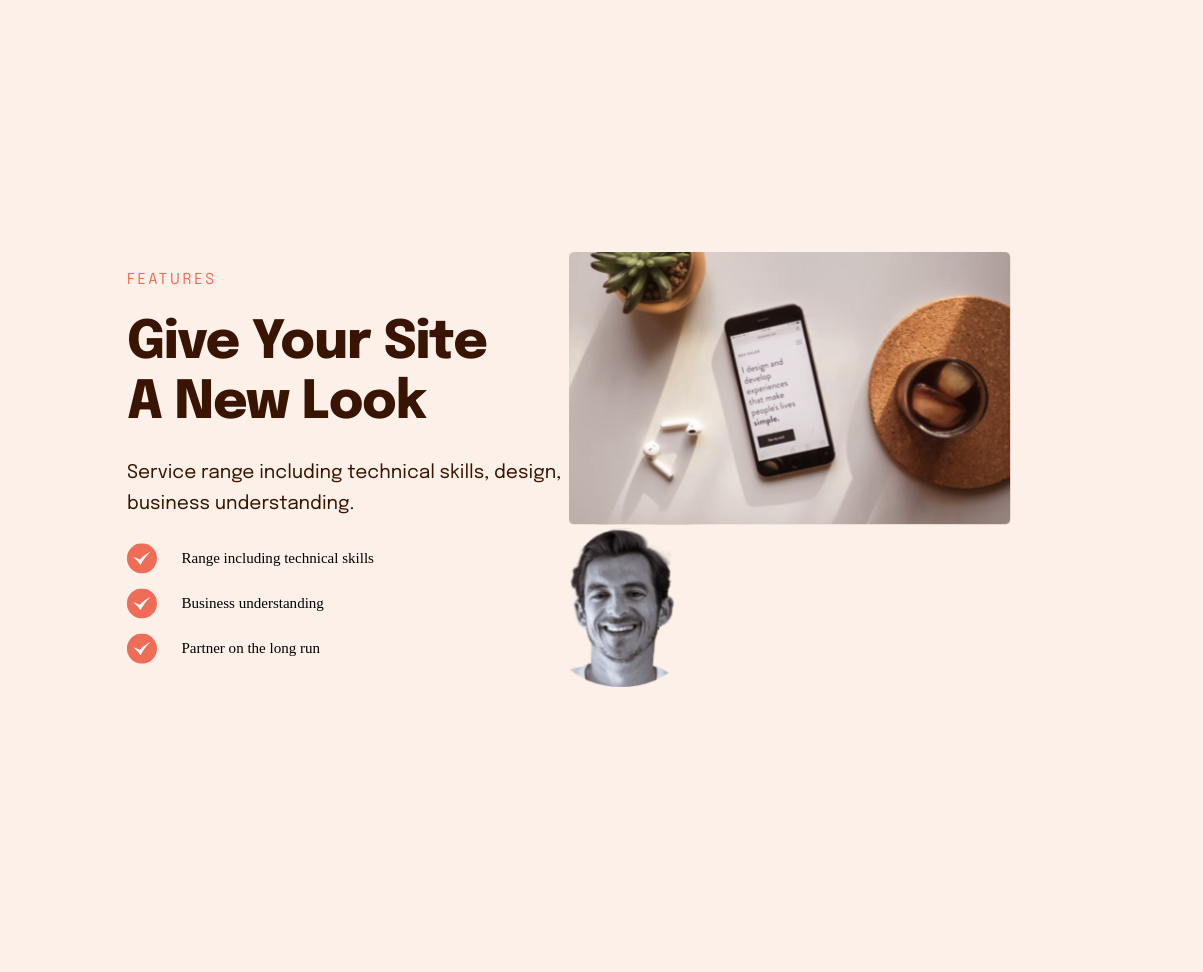
Repository: kubrazamanova/Project-6
Page: index.html
The author's editor kept a copy of each file at every save. The page is drawn from the files as they stood at one save, then again after the next save.
The browser window is 1280 px wide. The pictures show the whole page, at 94% of full size.

Above is the page before, as saved 2023-09-23 10:19:18.

After the next save:
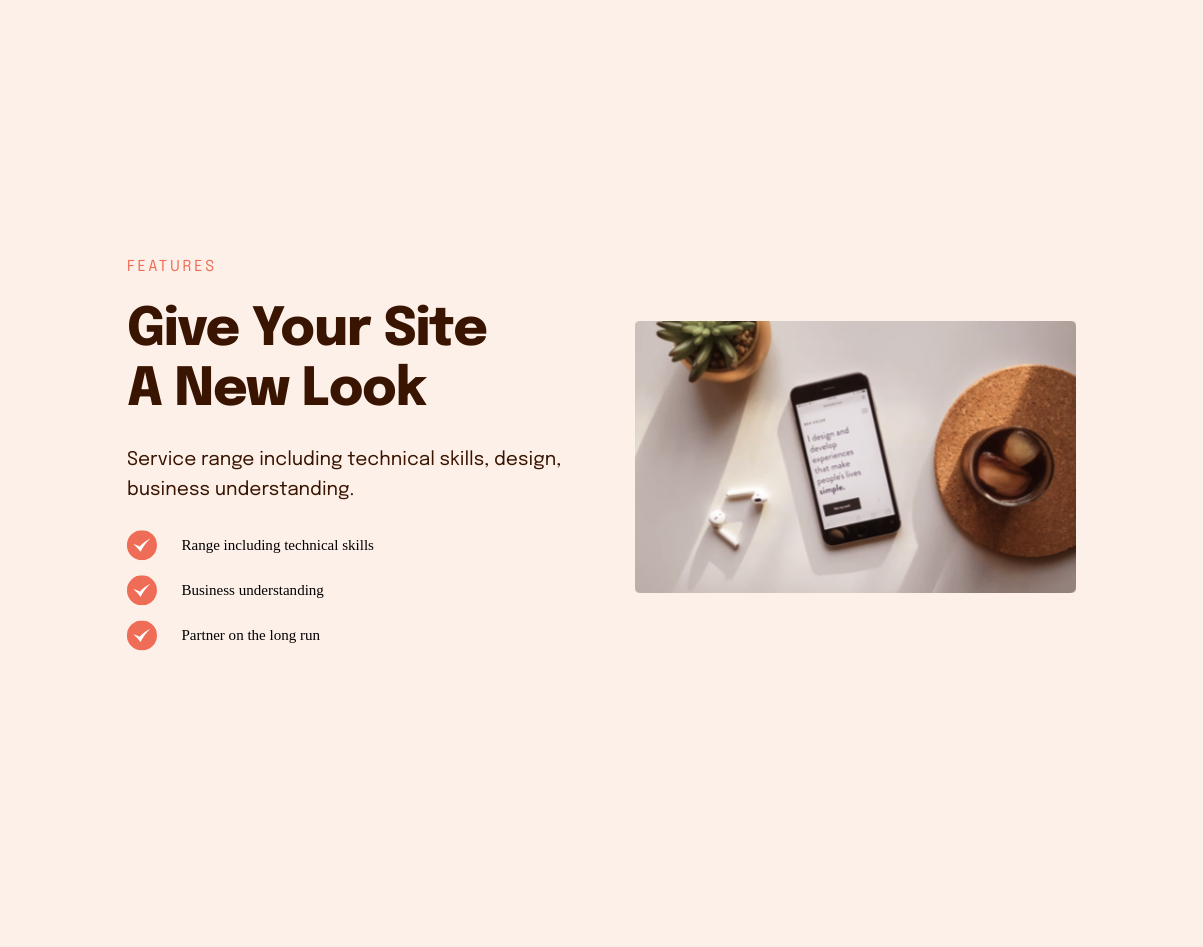
Saved 74 s later.
--- a/index.html
+++ b/index.html
@@ -79,7 +79,7 @@
 
       <div class="image">
         <img src="./Bitmap.svg" alt="" />
-        <img src="./Bitmap (1).svg" alt="" />
+        <!-- <img src="./Bitmap (1).svg" alt="" /> -->
       </div>
     </div>
   </body>
